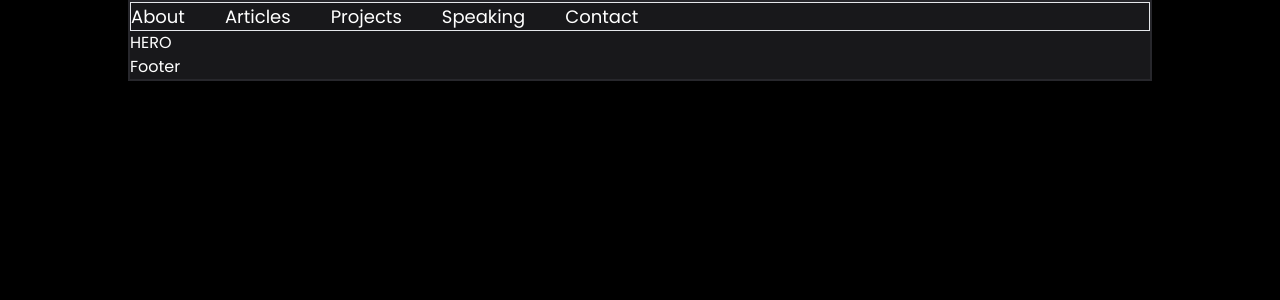
Repository: Wafaabahgat/Portfolio
Page: /
The author's editor kept a copy of each file at every save. The page is drawn from the files as they stood at one save, then again after a run of saves.
The browser window is 1280 px wide. The pictures show the whole page.
The project was rebuilt for these pictures with package versions that can differ from the ones it lists, and the page was loaded fresh each time. Also part of the build but not shown: vite.config.ts, src/App.css, src/ErrorPage.tsx.

Above is the page before, as saved 2023-12-07 02:52:58.

After the next 4 saves:
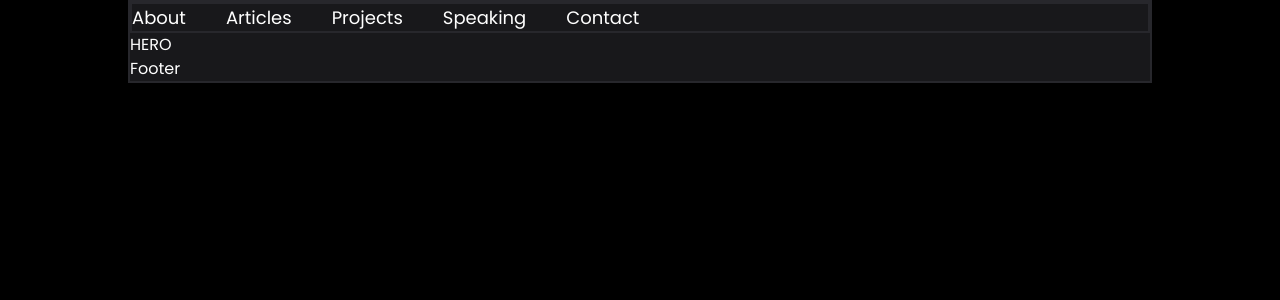
The 4 saves are shown as one change because they came seconds apart.
The last was saved 48 s later.
--- a/src/index.css
+++ b/src/index.css
@@ -38,3 +38,6 @@ html {
   border: 1px solid var(--border);
   margin: 1rem 0;
 }
+.border {
+  border: 2px solid var(--border);
+}

After the save that followed:
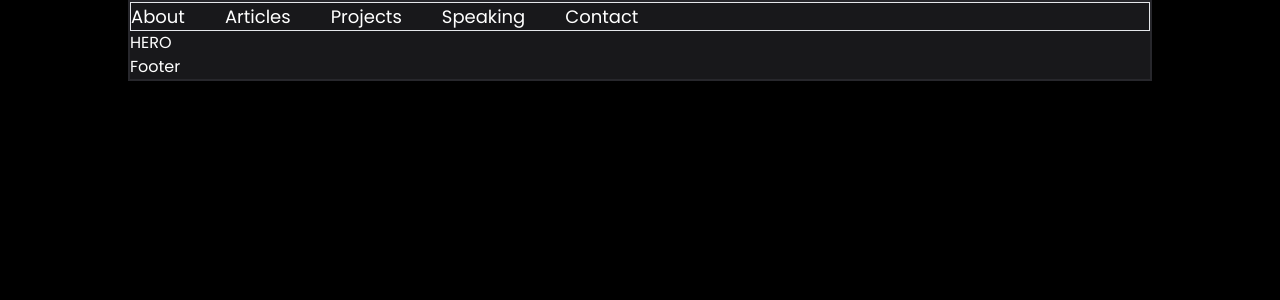
Saved 9 s later.
--- a/src/index.css
+++ b/src/index.css
@@ -38,6 +38,6 @@ html {
   border: 1px solid var(--border);
   margin: 1rem 0;
 }
-.border {
+.border-h {
   border: 2px solid var(--border);
 }
